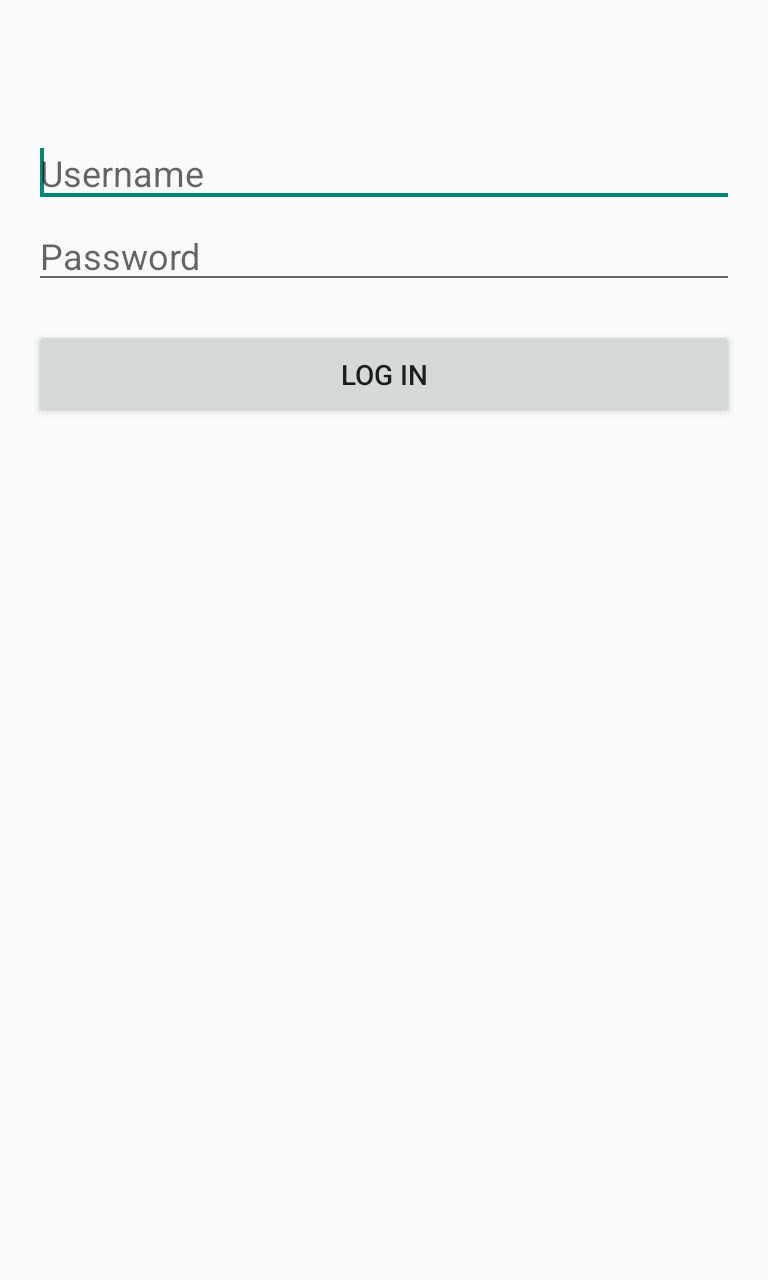
Repository: mboya/healthylife
Layout: Healthy Life/res/layout/activity_healthy_life_login.xml
The author's editor kept a copy of each file at every save. The layout is drawn from the files as they stood at one save, then again after the next save.
It is drawn on a 768 x 1280 px phone screen (xhdpi) without system bars, with theme AppTheme; the app's code is not run.

Above is the layout before, as saved 2015-04-19 08:24:14.

After the next save:
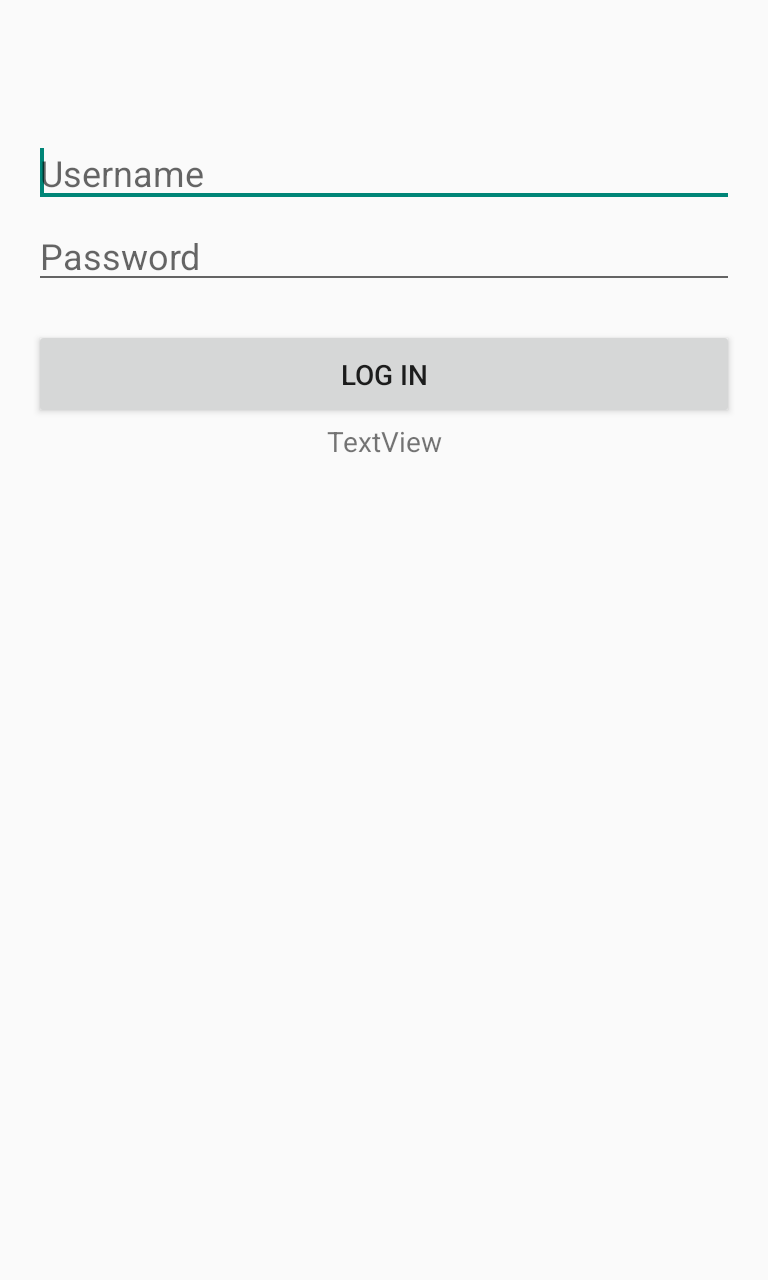
Saved 46 s later.
--- a/Healthy Life/res/layout/activity_healthy_life_login.xml
+++ b/Healthy Life/res/layout/activity_healthy_life_login.xml
@@ -42,4 +42,13 @@
         android:layout_marginTop="16dp"
         android:text="@string/login" />
 
+    <TextView
+        android:id="@+id/textView1"
+        android:layout_width="match_parent"
+        android:layout_height="wrap_content"
+        android:layout_below="@+id/button1"
+        android:layout_centerHorizontal="true"
+        android:gravity="center"
+        android:text="TextView" />
+
 </RelativeLayout>
